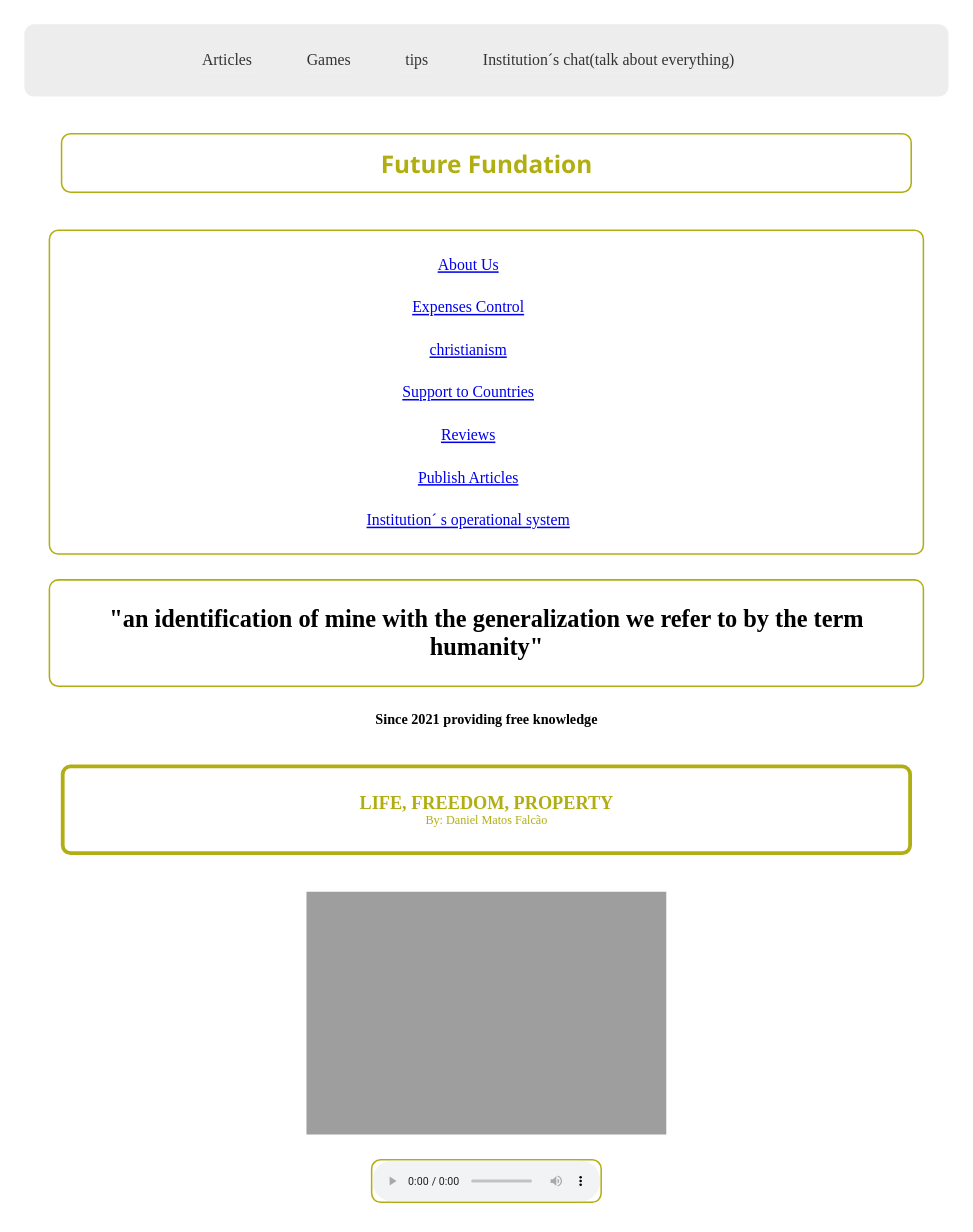
Repository: batmit/FutureFundation.github.io-1
Page: index.html
These files come from the project's save history. The page is drawn as it stood at one moment and after the next save; the edit follows.
The browser window is 1280 px wide. The pictures show the whole page, at 76% of full size.
Pictures or frames that could not be fetched are drawn as grey boxes. Some web fonts or font styles are not loaded; a fallback is used.

Above is the page before, as saved 2021-09-03 15:11:20.

After the next save:
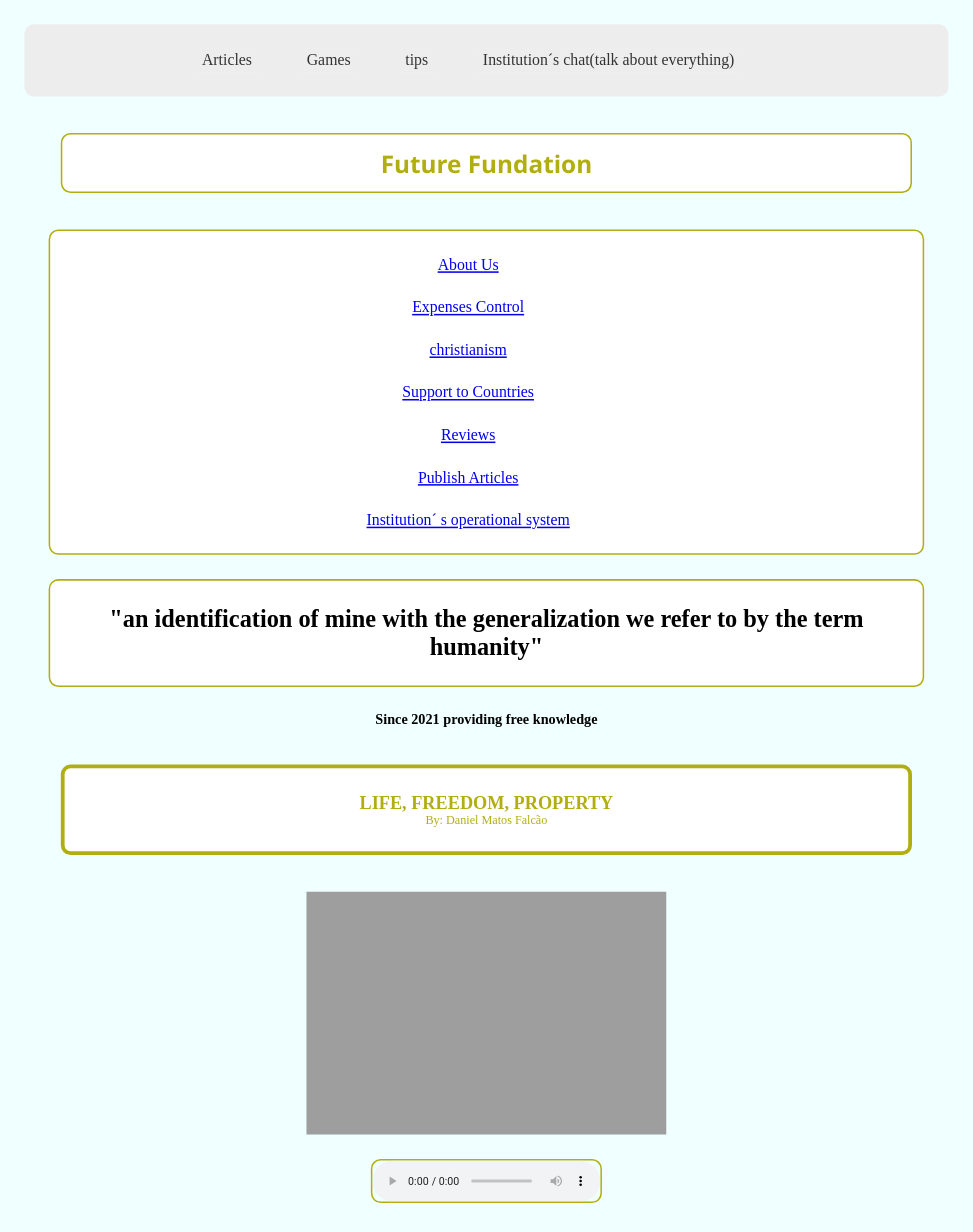
Saved 17 s later.
--- a/index.css
+++ b/index.css
@@ -37,7 +37,8 @@ img{
 
 body{
 
-    background-color: white;
+    background-color: #F0FFFF
+    ;
 
 }
 
